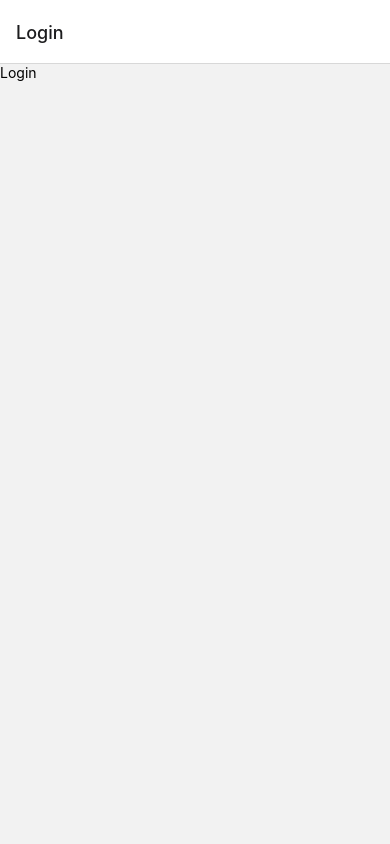
Repository: JennaFi/VideoCallApp
Screen: /
The author's editor kept a copy of each file at every save. The screen is drawn from the files as they stood at one save, then again after the next save.
The app was drawn by React Native's web renderer in a window 390 px wide. The project was rebuilt for these pictures with package versions that can differ from the ones it lists, and the page was loaded fresh each time. Also part of the build but not shown: src/components/CallActionBox/index.js, src/screens/CallingScreen/index.js, src/screens/CallScreen/index.js, src/screens/ContactsScreen/index.js, src/screens/IncomingCallScreen/index.js.

Above is the screen before, as saved 2022-01-19 00:00:39.

### App.js
/**
 * Sample React Native App
 * https://github.com/facebook/react-native
 *
 * @format
 * @flow strict-local
 */


import React from 'react'
import { StatusBar } from 'react-native'
import Navigation from './src/navigation'





const App = () => {


  return (
    < >
      <StatusBar barStyle={'dark-content'} />
      <Navigation />

      {/* <ContactsScreen /> */}
      {/* <CallingScreen /> */}
      {/* <IncomingCallScreen /> */}


    </>
  )
}



export default App

### src/navigation/index.js
import { NavigationContainer } from '@react-navigation/native'
import { createNativeStackNavigator } from '@react-navigation/native-stack'
import React from 'react'
import CallingScreen from '../screens/CallingScreen'
import CallScreen from '../screens/CallScreen'
// import CallingScreen from '../screens/CallingScreen/index';
// import IncomingCallScreen from '../screens/IncomingCallScreen'
import ContactsScreen from '../screens/ContactsScreen/index'
import IncomingCallScreen from '../screens/IncomingCallScreen'
import LoginScreen from '../screens/LoginScreen'


const Navigation = () => {

  const Stack = createNativeStackNavigator()
  return (
    <NavigationContainer>
      <Stack.Navigator>
        <Stack.Screen name='Login' component={LoginScreen} />
        <Stack.Screen name='Contacts' component={ContactsScreen} />

        <Stack.Group screenOptions={{headerShown: false}}>
          <Stack.Screen name='Call' component={CallScreen} />
          <Stack.Screen name='Calling' component={CallingScreen} />
          <Stack.Screen name='IncomingCall' component={IncomingCallScreen} />
        </Stack.Group>


      </Stack.Navigator>

    </NavigationContainer>
  )
}

export default Navigation

### src/screens/LoginScreen/index.js
import React from 'react'
import { Text, View } from 'react-native'

const LoginScreen = () => {
  return (
    <View>
      <Text>Login</Text>
    </View>
  )
}

export default LoginScreen

After the next save:
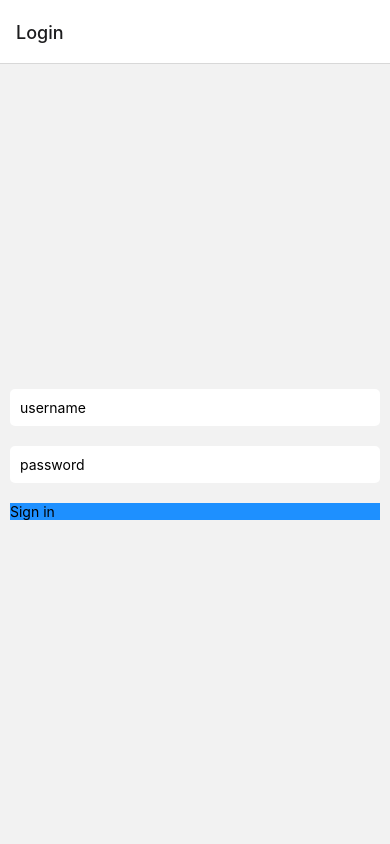
Saved 8 min 22 s later.
--- a/src/screens/LoginScreen/index.js
+++ b/src/screens/LoginScreen/index.js
@@ -1,12 +1,40 @@
 import React from 'react'
-import { Text, View } from 'react-native'
+import { Pressable, StyleSheet, Text, TextInput, View } from 'react-native'
 
 const LoginScreen = () => {
+  const signIn = () => {}
+
   return (
-    <View>
-      <Text>Login</Text>
+    <View style={styles.page}>
+      <TextInput placeholder='username' style={styles.input} />
+      <TextInput placeholder='password' style={styles.input} />
+
+      <Pressable style={styles.button} onPress={signIn}>
+        <Text>Sign in</Text>
+      </Pressable>
     </View>
   )
 }
 
+const styles = StyleSheet.create({
+  page: {
+    padding: 10,
+    alignItems: 'stretch',
+    flex: 1,
+    justifyContent: 'center'
+  },
+  input: {
+    backgroundColor: 'white',
+    padding: 10,
+    marginVertical: 10,
+    borderRadius: 5
+  },
+  button: {
+    backgroundColor: 'dodgerblue',
+    marginVertical: 10
+
+  }
+
+})
+
 export default LoginScreen
